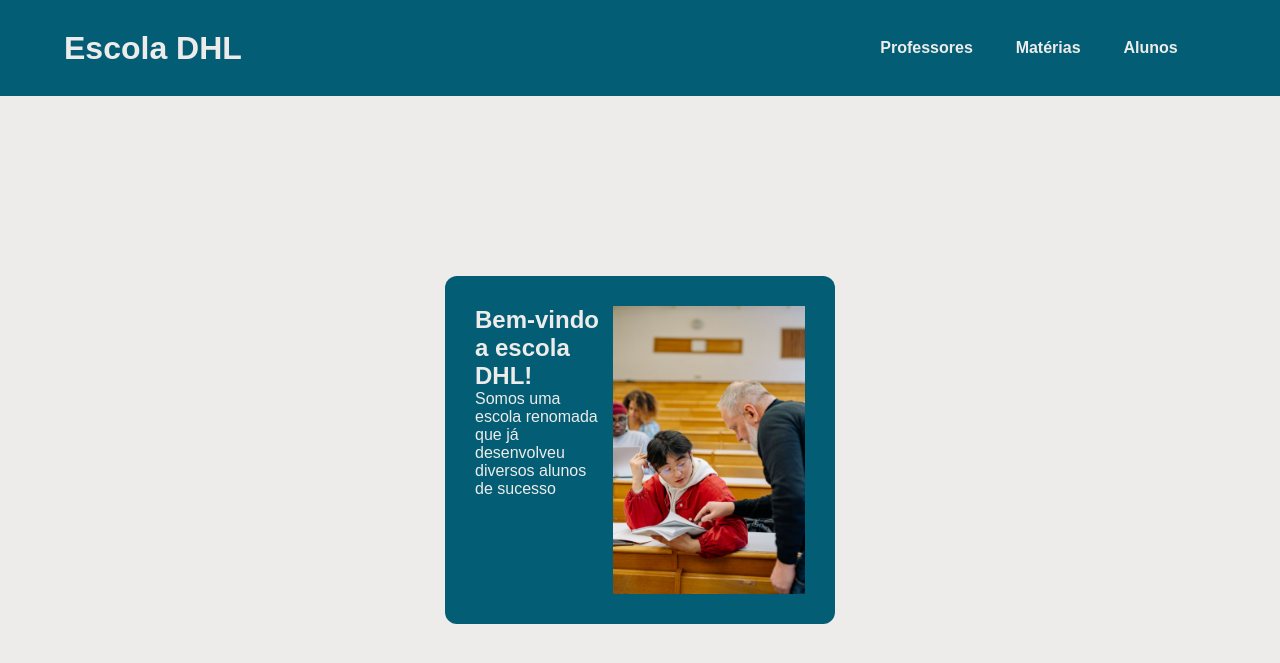
Repository: SirHick/sa-sistema-escola-DHL
Page: front/index.html
An editor plug-in stored every save of this project. The page is shown before and after the next save, followed by the edit.
The browser window is 1280 px wide. The pictures show the whole page.

Above is the page before, as saved 2026-07-17 15:56:24.

After the next save:
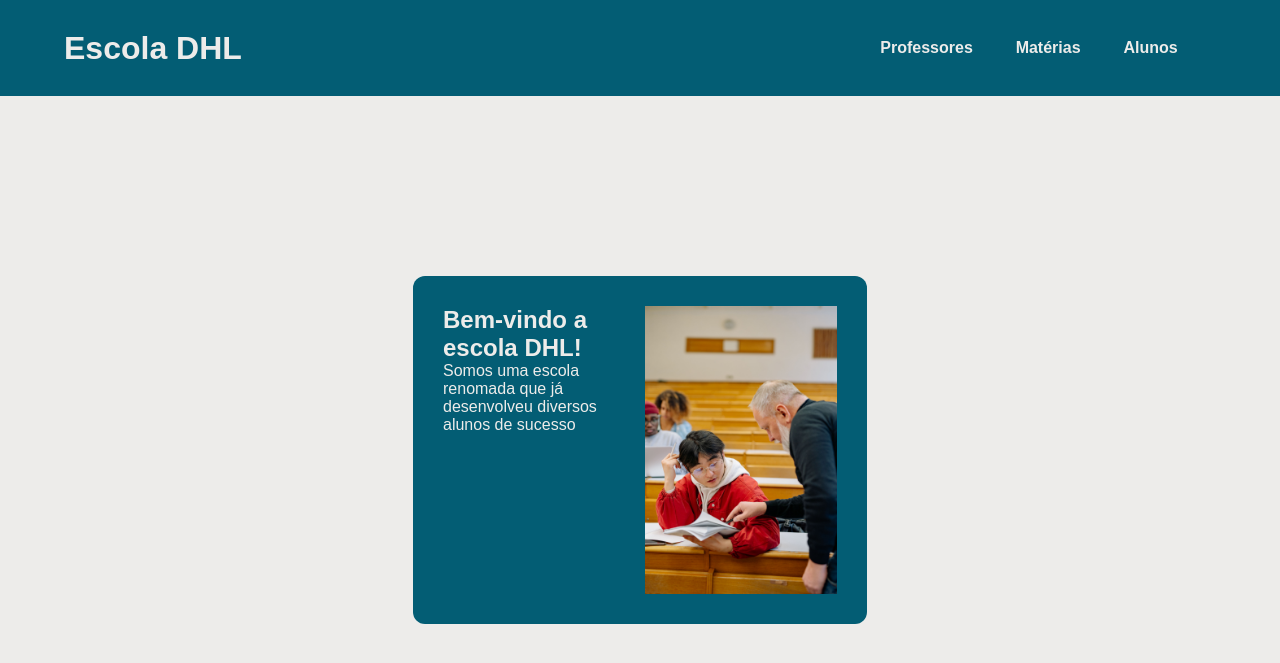
Saved 4 s later.
--- a/front/style.css
+++ b/front/style.css
@@ -50,7 +50,7 @@ header nav a{
     background-color: #035D74;
     margin-top: 25vh;
     display: grid;
-    grid-template-columns: 10vw auto;
+    grid-template-columns: 15vw auto;
     gap: 10px;
     color: #EDECEA;
     border-radius:12px;
